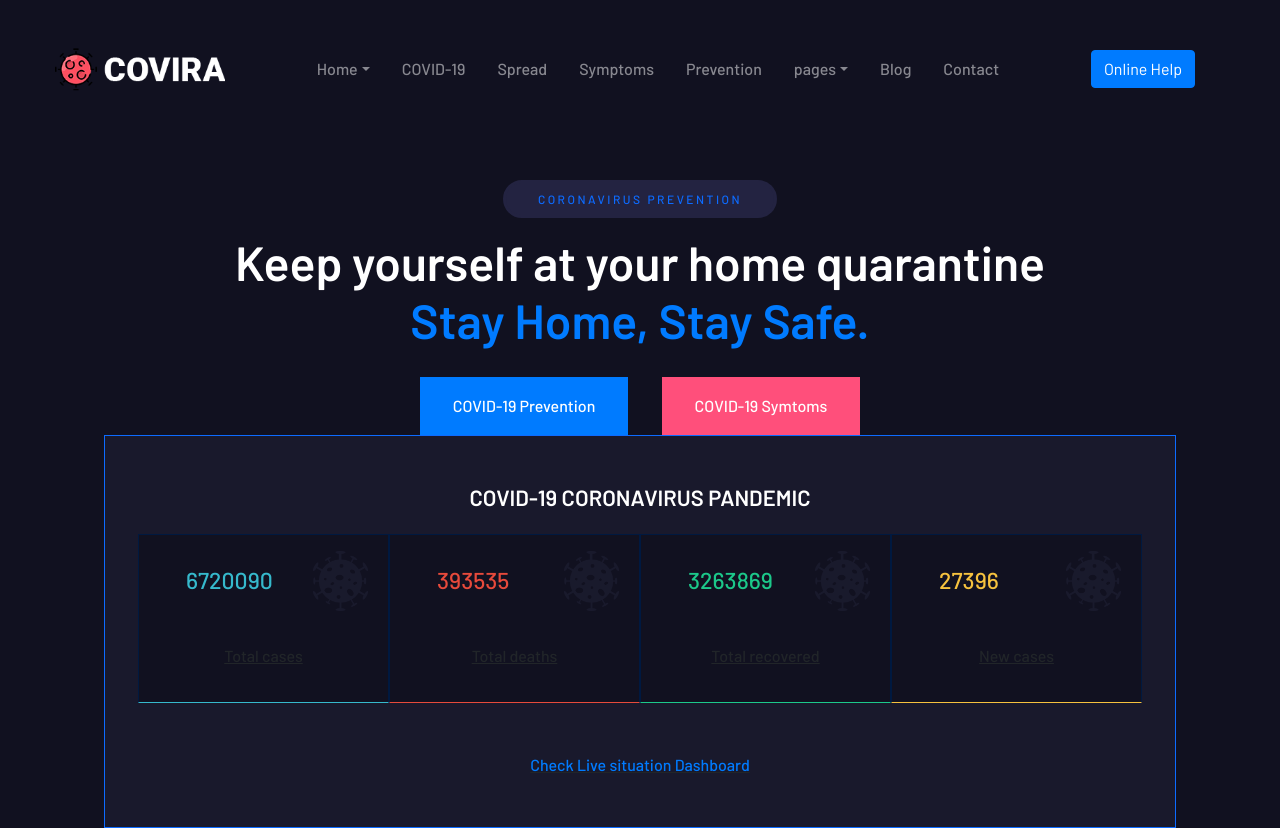
Repository: sitikhusushan/corona_updates
Page: index.html
These files come from the project's save history. The page is drawn as it stood at one moment and after the next save; the edit follows.
The browser window is 1280 px wide. The pictures show the whole page.

Above is the page before, as saved 2020-06-06 12:30:38.

After the next save:
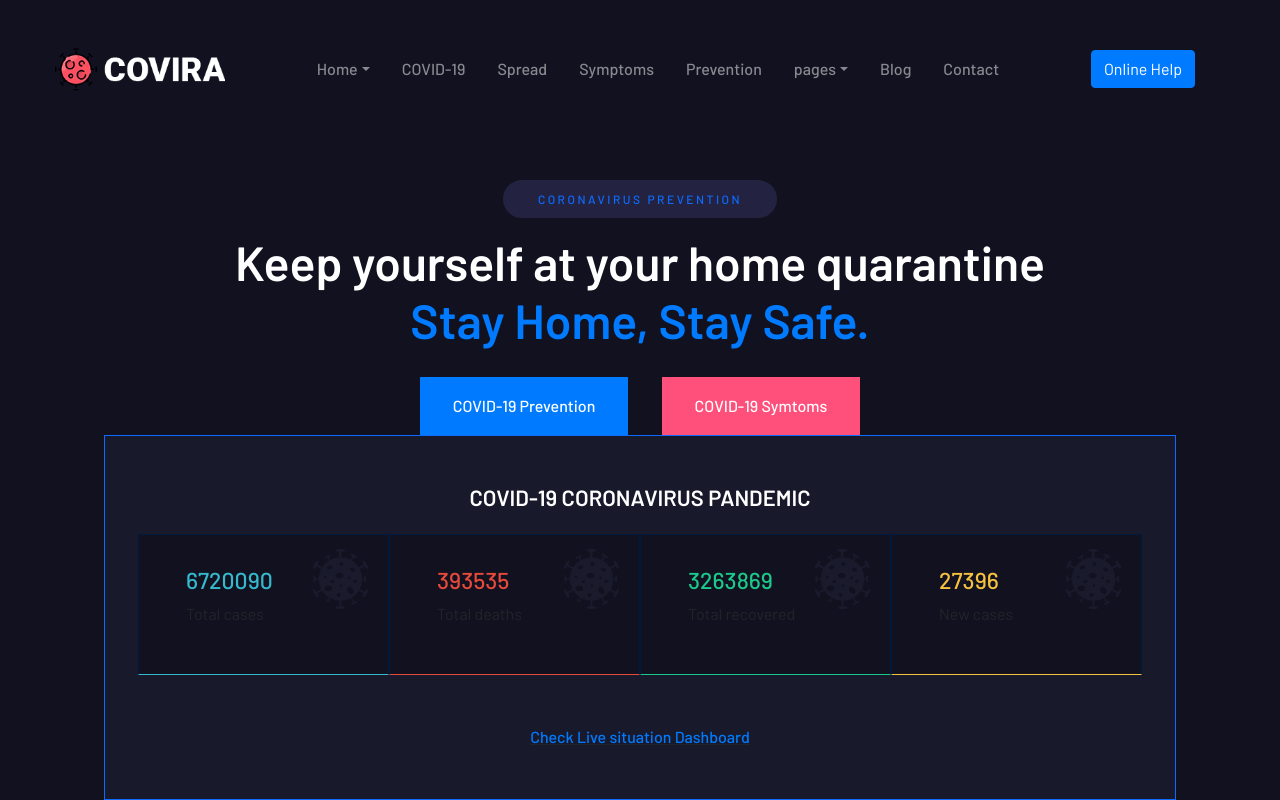
Saved 87 s later.
--- a/style.css
+++ b/style.css
@@ -199,7 +199,7 @@ h3 {
   right: 0%;
 } */
 
-.dashboard p {
+.dashboard .situation {
   text-align: center;
   margin: 0px;
   margin-top: 48px;
